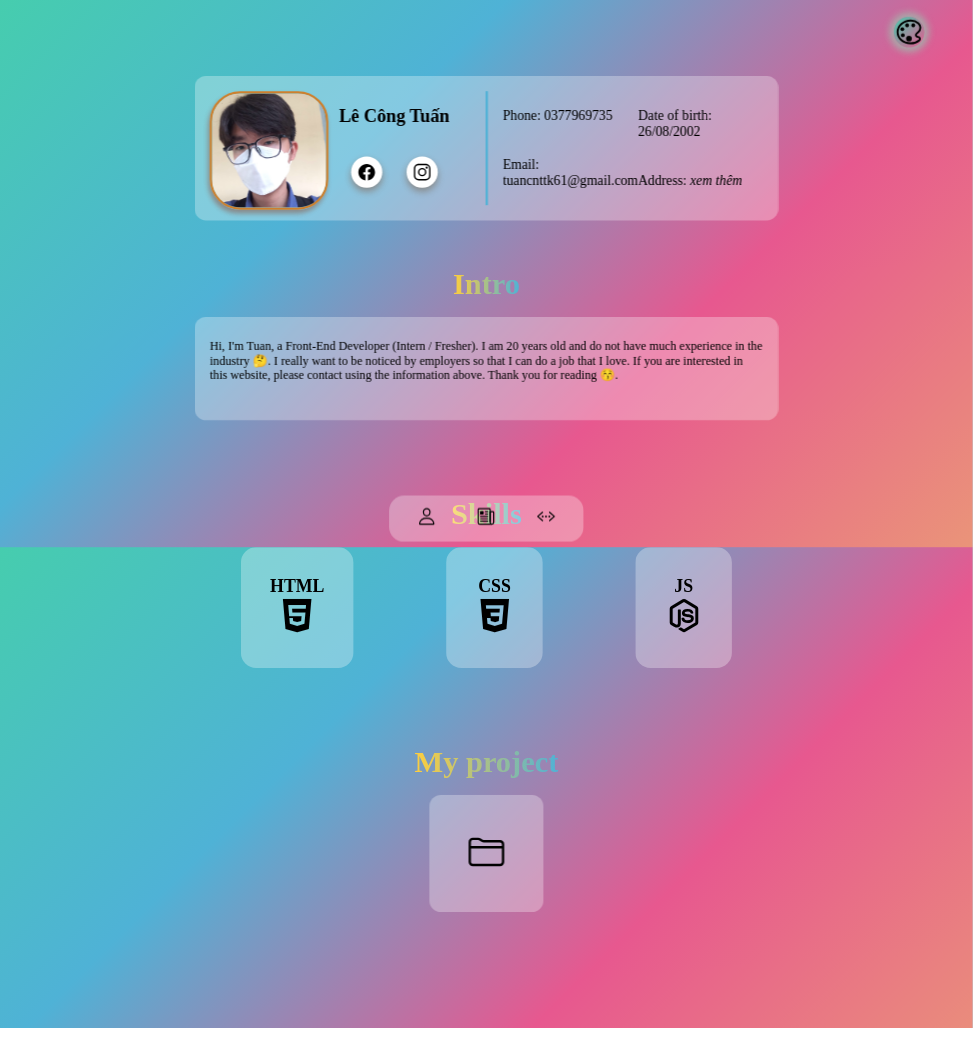
Repository: LeCongTuan2608/Profile
Page: index.html
These files come from the project's save history. The page is drawn as it stood at one moment and after the next save; the edit follows.
The browser window is 1280 px wide. The pictures show the whole page, at 76% of full size.
Backgrounds fixed to the window are drawn as part of the page. The style sheet was rebuilt from its Sass, Less or Tailwind sources for each picture, by a compiler version that may differ from the author's.

Above is the page before, as saved 2022-05-05 12:34:16.

### index.html
<!DOCTYPE html>
<html lang="en">
   <head>
      <meta charset="UTF-8" />
      <meta http-equiv="X-UA-Compatible" content="IE=edge" />
      <meta name="viewport" content="width=device-width, initial-scale=1.0" />

      <script type="module" src="https://unpkg.com/ionicons@5.5.2/dist/ionicons/ionicons.esm.js"></script>
      <script nomodule src="https://unpkg.com/ionicons@5.5.2/dist/ionicons/ionicons.js"></script>

      <link rel="preconnect" href="https://fonts.googleapis.com" />
      <link rel="preconnect" href="https://fonts.gstatic.com" crossorigin />
      <link href="https://fonts.googleapis.com/css2?family=Pacifico&display=swap" rel="stylesheet" />

      <link href="https://unpkg.com/aos@2.3.1/dist/aos.css" rel="stylesheet" />
      <script src="https://unpkg.com/aos@2.3.1/dist/aos.js"></script>

      <link rel="stylesheet" href="./sass/css/style.css" />
      <title>Profile</title>
   </head>
   <body>
      <div class="container">
         <div class="palette">
            <ion-icon name="color-palette-outline"></ion-icon>
            <div class="list-color">
               <ul>
                  <li class="bgr-color"></li>
                  <li class="bgr-color"></li>
                  <li class="bgr-color"></li>
               </ul>
            </div>
         </div>

         <div class="contents">
            <div data-aos="flip-left" data-aos-duration="1500">
               <div class="card-info">
                  <div class="personal-information">
                     <div class="image">
                        <div class="user-image">
                           <img src="./images/1.JPG" alt="" />
                        </div>
                        <div class="user-intro">
                           <h2>Lê Công Tuấn</h2>
                           <div class="user-intro-navigation">
                              <div class="navigation-fb">
                                 <a href="https://www.facebook.com/profile.php?id=100026041985048"
                                    ><ion-icon name="logo-facebook"></ion-icon
                                 ></a>
                                 <span>facebook</span>
                              </div>
                              <div class="navigation-ins">
                                 <a href="https://www.instagram.com/tuanle2608/"
                                    ><ion-icon name="logo-instagram"></ion-icon
                                 ></a>
                                 <span>instagram</span>
                              </div>
                           </div>
                        </div>
                     </div>
                     <div class="contact">
                        <div class="contact-info">
                           <span>Phone: 0377969735</span>
                           <span>Email: tuancnttk61@gmail.com</span>
                        </div>
                        <div class="contact-info">
                           <span>Date of birth: 26/08/2002</span>
                           <span>Address: <i id="see">xem thêm</i></span>
                        </div>
                     </div>
                  </div>
               </div>
            </div>
            <div class="card-intro">
               <div class="intro-yourself">
                  <div class="title">
                     <div data-aos="fade-up" data-aos-duration="1000">
                        <h1>Intro</h1>
                     </div>
                  </div>
                  <div data-aos="flip-down" data-aos-duration="1000">
                     <div class="intro-content">
                        <p>
                           Hi, I'm Tuan, a Front-End Developer (Intern / Fresher). I am 20 years old and do not have
                           much experience in the industry 🤔. I really want to be noticed by employers so that I can do
                           a job that I love. If you are interested in this website, please contact using the
                           information above. Thank you for reading 😚.
                        </p>
                     </div>
                  </div>
               </div>

               <div class="my-skills">
                  <div class="title">
                     <div data-aos="fade-down" data-aos-easing="linear" data-aos-duration="300">
                        <h1>Skills</h1>
                     </div>
                  </div>
                  <div class="skills-content">
                     <div class="list-skills">
                        <div data-aos="fade-right">
                           <h3>HTML</h3>
                           <ion-icon name="logo-html5"></ion-icon>
                        </div>

                        <div data-aos="fade-down">
                           <h3>CSS</h3>
                           <ion-icon name="logo-css3"></ion-icon>
                        </div>

                        <div data-aos="fade-left">
                           <h3>JS</h3>
                           <ion-icon name="logo-nodejs"></ion-icon>
                        </div>
                     </div>
                  </div>
               </div>

               <div class="my-project">
                  <div class="title">
                     <div data-aos="fade-up" data-aos-anchor-placement="bottom-bottom">
                        <h1>My project</h1>
                     </div>
                  </div>
                  <div class="project-box">
                     <div data-aos="zoom-in">
                        <div class="box">
                           <ion-icon name="folder-outline"></ion-icon>
                        </div>
                     </div>
                  </div>
               </div>
            </div>
         </div>

         <div class="box-container">
            <div class="list-project">
               <div class="close">
                  <ion-icon name="close-circle-outline"></ion-icon>
               </div>

               <ul>
                  <li>
                     <a href="https://lecongtuan2608.github.io/Youtube/">https://lecongtuan2608.github.io/Youtube/</a>
                  </li>
                  <li><a href="https://lecongtuan2608.github.io/music/">https://lecongtuan2608.github.io/music/</a></li>
               </ul>
            </div>
         </div>
         <div class="toolbar">
            <div class="tollbar-list">
               <ul>
                  <li><ion-icon name="person-outline"></ion-icon></li>
                  <li><ion-icon name="newspaper-outline"></ion-icon></li>
                  <li><ion-icon name="code-working-outline"></ion-icon></li>
               </ul>
            </div>
         </div>
      </div>
   </body>
   <script>
      AOS.init();
   </script>
   <script src="./js/app.js"></script>
</html>

### js/app.js
const open_project = document.querySelector('.box');
const box_container = document.querySelector('.box-container');
const close_box = document.querySelector('.close');
const list_project = document.querySelector('.list-project');
open_project.addEventListener('click', function () {
   box_container.classList.add('open');
});
close_box.addEventListener('click', function () {
   box_container.classList.remove('open');
});
box_container.addEventListener('click', function () {
   box_container.classList.remove('open');
});
list_project.addEventListener('click', function (event) {
   event.stopPropagation();
});

const palette = document.querySelector('.palette');
var bgr_colors = document.querySelectorAll('.bgr-color');
const container = document.querySelector('.container');
const text_colors = document.querySelectorAll('.title h1');
function bgr_change() {
   for (let i = 0; i < bgr_colors.length; i++) {
      bgr_colors[i].addEventListener('click', function () {
         bgr_colors = i;
         if (bgr_colors == 0) {
            for (let text_color of text_colors) {
               text_color.classList.remove('text-color-2');
               text_color.classList.remove('text-color-3');
               text_color.classList.add('text-color-1');
            }
            container.classList.remove('bgr-color-2');
            container.classList.remove('bgr-color-3');
            container.classList.add('bgr-color-1');
         } else if (bgr_colors == 1) {
            for (let text_color of text_colors) {
               text_color.classList.remove('text-color-1');
               text_color.classList.remove('text-color-3');
               text_color.classList.add('text-color-2');
            }
            container.classList.remove('bgr-color-1');
            container.classList.remove('bgr-color-3');
            container.classList.add('bgr-color-2');
         } else if (bgr_colors == 2) {
            for (let text_color of text_colors) {
               text_color.classList.remove('text-color-1');
               text_color.classList.remove('text-color-2');
               text_color.classList.add('text-color-3');
            }
            container.classList.remove('bgr-color-1');
            container.classList.remove('bgr-color-2');
            container.classList.add('bgr-color-3');
         }
      });
   }
}
bgr_change();

### sass/style.scss
*{
    margin: 0;
    padding: 0;
}
html{
    width: 100%;
    height: 100%;
    padding: 0;
    margin: 0;
    font-family: 'Fredoka One', cursive;

}
body{
    width: 100%;
    height: auto;

}
.container{
    padding-top: 100px;
    width: 100%;
    height: auto;
    position: relative;
    background-image: linear-gradient(-45deg, #ea9479, #e7588f, #4fb2d6, #46cdae);
    background-attachment: fixed;
}
.bgr-color-1{
    background-image: linear-gradient(90deg, #74EBD5 0%, #9FACE6 100%);
    background-attachment: fixed;
}
.bgr-color-2{
    background-image: linear-gradient(to right, #eea2a2 0%, #bbc1bf 19%, #57c6e1 42%, #b49fda 79%, #7ac5d8 100%);
    background-attachment: fixed;
}
.bgr-color-3{
    background-image: linear-gradient(to top, #88d3ce 0%, #6e45e2 100%);
    background-attachment: fixed;
}
.palette{
    position: fixed;
    top: 3%;
    right: 5%;
    font-size: 40px;
}
.list-color ul{
    position: absolute;
}
.palette:hover ul li{
    display: block;
}
// chọn màu bgr
.list-color ul li:first-child{
    margin-bottom: 10px;
    background-image: linear-gradient(90deg, #74EBD5 0%, #9FACE6 100%);
}
.list-color ul li:nth-of-type(2){
    margin-bottom: 10px;
    background-image: linear-gradient(to right, #eea2a2 0%, #bbc1bf 19%, #57c6e1 42%, #b49fda 79%, #7ac5d8 100%);
}
.list-color ul li:last-child{
    background-image: linear-gradient(to top, #88d3ce 0%, #6e45e2 100%);

}

.list-color ul li{
    list-style-type: none;
    display: none;
    width: 40px;
    height: 40px;
    border-radius: 100rem;
    box-shadow: #3d3d3d -1px 2px 5px 2px;

}
.toolbar{
    width:  20%;
    border-radius: 20px;
    position: fixed;
    font-size: 25px;
    left: 50%;
    transform: translateX(-50%);
    bottom: 1%;
    background-color: rgba($color: white, $alpha: 0.3);
}
.tollbar-list{
    padding: 10px;
}
.toolbar ul{
    display: flex;
    justify-content: space-around;
}
.toolbar ul li {
    list-style-type: none;
    display: inline;
    border-radius: 100rem;
    cursor: pointer;
}
.toolbar ul li ion-icon{
    padding: 5px;
}
.toolbar ul li:hover {
background-color: #a5e296;
}
.palette ion-icon{
    background-image: linear-gradient(-45deg, #e7588f,#46cdae);
    border-radius: 100rem;
    box-shadow: #a9a9a9 0px 0px 10px 6px;
    cursor: pointer;
}
.contents{
    width: 100%;
    display: flex;
    flex-wrap: wrap;
    align-content: center;
    flex-direction: column;
}
.contents > div{
    width: 60%;
}
.card-info{
    background-color: rgba($color: white, $alpha: 0.3);
    border-radius: 15px;
}
.personal-information{
    padding: 20px;
    display: flex;

}
.image{
    display: flex;
    flex: 1;
    border-right: 3px solid;
    border-color:#4fb2d6;
    padding-right: 20px;
}
.user-image{
    width: 150px;
    height: 150px;
    // border: 3px solid;
    // border-image-source: linear-gradient(to top, #f64f59, #9634c8);
    // border-image-slice :1;
}
.user-image img{
    width: 100%;
    height: 100%;
    object-fit: cover;
    border-radius: 40px;
    border: solid;
    border-color: #cd802e;
    box-shadow: rgb(137, 137, 137) -2px 5px 7px 0px;


}
.user-intro{
    display: flex;
    margin-left: 20px;
    flex-direction: column;
    justify-content: space-around;
}
.user-intro-navigation{
    display: flex;
    justify-content: space-around;
}
.user-intro-navigation a{
    color: black;
    text-decoration: none;
}
.user-intro-navigation a > ion-icon{
    font-size: 25px;
    border-radius: 100rem;
    padding: 8px;
    background-color: white;
    box-shadow: rgb(137, 137, 137) 0px 5px 10px 0px;
}
.navigation-fb{
    position: relative;
}
.navigation-fb span{
    display: none;
}
.navigation-fb a > ion-icon:hover{
    background-color: rgb(153, 159, 248);
}
.navigation-fb:hover span{
    position: absolute;
    display: block;
    background-color: rgb(153, 159, 248);
    border-radius: 40px;
    padding: 5px;
    font-size: 18px;
    top: -95%;
    left: -50%;
    font-weight: 700;
    animation: intro ease 0.5s;
    z-index: 2;
}
.navigation-fb:hover::after{
    position: absolute;
    content: "";
    width: 13px;
    height: 13px;
    background-color: rgb(153, 159, 248);
    clip-path: polygon(50% 100%, 0 0, 100% 0);
    top: -25%;
    left: 30%;
    animation: intro ease 0.5s;
    z-index: 1;
}


.navigation-ins{
    position: relative;
}
.navigation-ins span{
    display: none;
}
.navigation-ins a > ion-icon:hover{
    background-color: rgb(64, 173, 177);
}
.navigation-ins:hover span{
    position: absolute;
    display: block;
    background-color: rgb(64, 173, 177);
    border-radius: 40px;
    padding: 5px;
    font-size: 18px;
    top: -95%;
    left: -50%;
    font-weight: 700;
    animation: intro ease 0.5s;
    z-index: 2;
}
.navigation-ins:hover::after{
    position: absolute;
    content: "";
    width: 13px;
    height: 13px;
    background-color: rgb(64, 173, 177);
    clip-path: polygon(50% 100%, 0 0, 100% 0);
    top: -25%;
    left: 30%;
    animation: intro ease 0.5s;
    z-index: 1;
}
.contact{
    flex: 1;
    display: flex;
    padding-left: 20px;
}
.contact-info{
    flex: 1;
    display: flex;
    flex-direction: column;
    justify-content: space-around;
}
.contact-info span{
    font-size: 18px;
    overflow: hidden;
}

.card-intro{
    margin-top: 30px;
    width: 60%;

}
.intro-yourself{
    margin: 30px 0 100px 0;
}
.title{
    text-align: center;
    margin-bottom: 20px;
    font-size: 20px;
}
.title h1{
    display: inline-block;
    background-image: linear-gradient( to right,#ffce3d, #4fb2d6);
    color: transparent;
    -webkit-background-clip: text;
    background-clip: text;
}
// đổi màu text
.text-color-1{
    background-image: linear-gradient(-225deg, #AC32E4 0%, #7918F2 48%, #4801FF 100%) !important;
}
.text-color-2{
    background-image: linear-gradient(-225deg, #A445B2 0%, #D41872 52%, #FF0066 100%) !important;
}
.text-color-3{
    background-image: linear-gradient(to top, #50cc7f 0%, #f5d100 100%) !important;
}

//===============
.intro-content{
    padding: 30px 20px 50px 20px;
    background-color: rgba($color: white, $alpha: 0.3);
    border-radius: 15px;
}

.my-skills {
    margin: 30px 0 100px 0;
}
.skills-content .list-skills{
    display: flex;
    justify-content: space-around;
}
.skills-content .list-skills div{
    padding: 5%;
    border-radius: 20px;
    background-color: rgba(255, 255, 255, 0.3);
    list-style-type: none;
    display: inline;
    text-align: center;
    font-size: 20px;
}

.skills-content .list-skills div ion-icon{
    font-size: 50px;
}
.my-project{
    margin: 30px 0 20% 0;

}
.project-box{
    display: flex;
    justify-content: center;
}
.box{
    background-color: rgba($color: white, $alpha: 0.3);
    border-radius: 15px;
    text-align: center;
    cursor: pointer;
}
.box:hover{
    transition-duration: 0.5s;
    transform: scale(1.1, 1.1);
    box-shadow: rgba(130, 130, 130, 0.773) 0px 1px 5px 2px;
}
.box > ion-icon{
    font-size: 50px;
    padding: 50px;
}
.box-container{
    position: fixed;
    top:0;
    left: 0;
    right: 0;
    bottom: 0;
    background-color: rgba( rgb(186, 186, 186), 0.5);
    display: none;
}
.open{
    display: block;
}
.list-project{
    position: absolute;
    left: 30%;
    right: 30%;
    top: 50%;
    transform: translateY(-50%);
    border-radius: 15px;
    background-color: white;
    box-shadow: rgb(137, 137, 137) 0px 5px 10px 0px;
    text-align: center;
    animation: intro ease 1s;

}
.close{
    position: absolute;
    width: 30px;
    height: 30px;
    right: 2%;
    top: 2%;
    font-size: 25px;
    cursor: pointer;
}
.list-project ion-icon:hover{
    color: red;
    border-radius: 100rem;

}
.list-project ul{
    padding: 50px 10px 30px 10px;
}
.list-project ul li{
    list-style-type: none;
}
.list-project ul li a{
    text-decoration: none;
    color: black;
}
.list-project ul li a:hover{
    color: rgb(53, 138, 213);
}
@keyframes intro{
    from {
        transform: translateY((100%));
    }
    to{
        transform: translateY((-50%));
    }
}
@media screen and (max-width:1060px) {
    .contents {
        display: block;
    }
    .contents > div{
        margin: 0 10% 0 10%;
        width: 80%;
    }
}
@media screen and (max-width:820px) {
    .contents {
        display: block;
    }
    .personal-information{
        display: block;
    }
    .image{
        border-right: none;
        border-bottom: 3px solid;
        border-color: #4fb2d6;
        padding-right: 0;
        padding-bottom: 30px;
    }
    .contact{
        padding-top: 30px;
        padding-left: 0px;

    }
}
@media screen and (max-width:567px){
    .image{
        border-right: none;
        border-bottom: 3px solid;
        border-color: #4fb2d6;
        padding-right: 0;
        padding-bottom: 30px;
    }
    .contact{
        padding-top: 30px;
        display: block;
    }
}

After the next save:
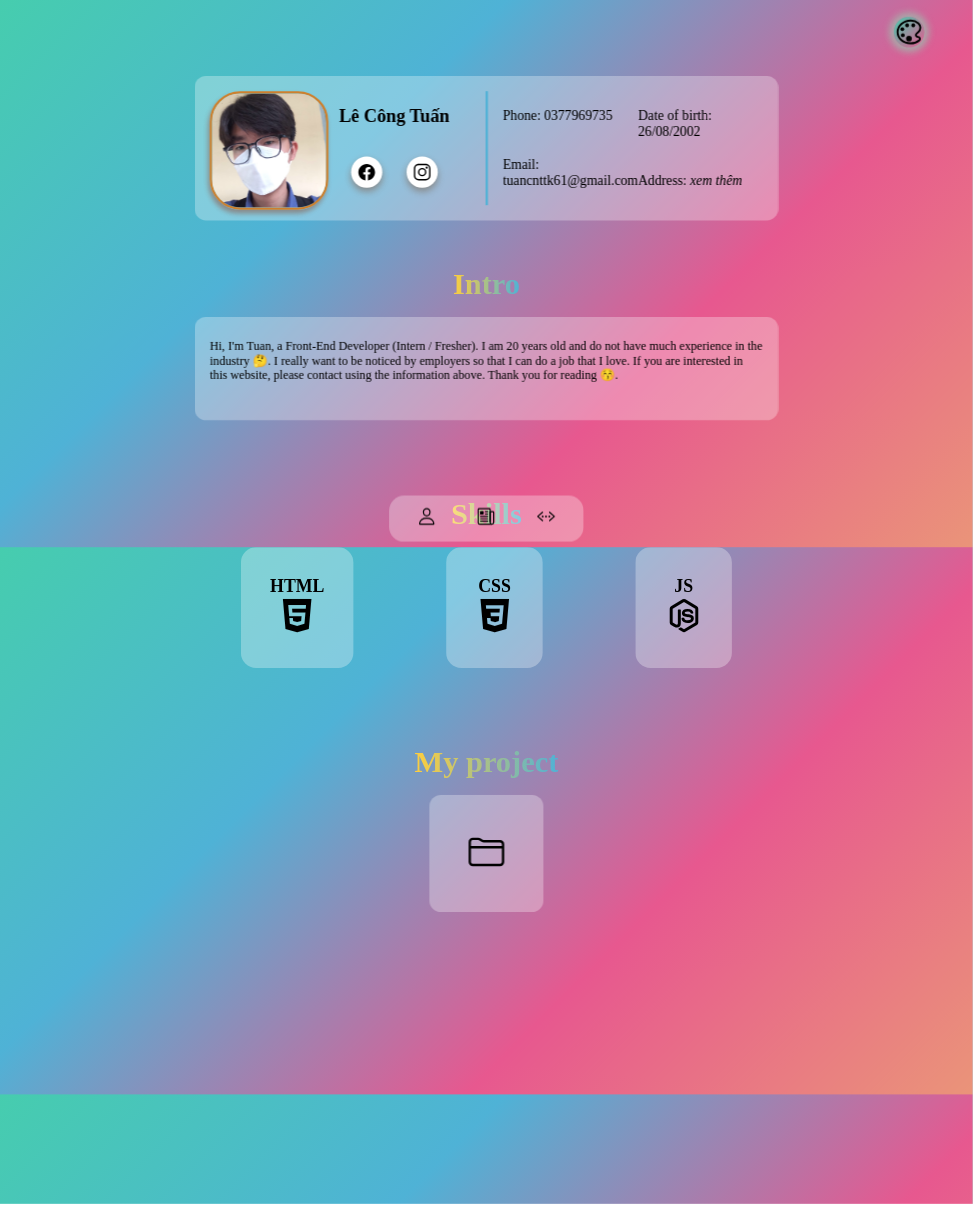
Saved 15 s later.
--- a/sass/style.scss
+++ b/sass/style.scss
@@ -315,8 +315,7 @@ background-color: #a5e296;
     font-size: 50px;
 }
 .my-project{
-    margin: 30px 0 20% 0;
-
+    margin: 30px 0 50% 0;
 }
 .project-box{
     display: flex;
